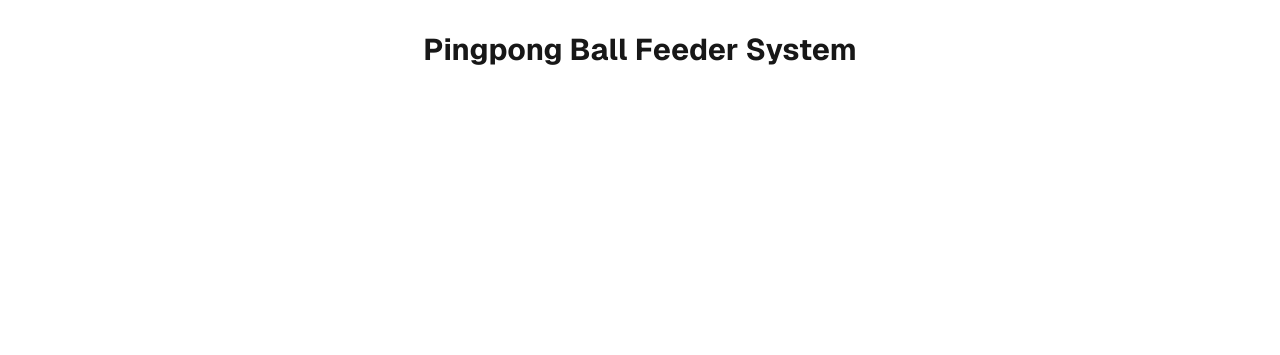
Repository: agurkmedia/pingypongy
Page: /
An editor plug-in stored every save of this project. The page is shown before and after the next save, followed by the edit.
The browser window is 1280 px wide. The pictures show the whole page.
The page's requests for data from a server got no answer. The project was rebuilt for these pictures with package versions that can differ from the ones it lists, and the page was loaded fresh each time. The framework's server and built-in components were replaced by stand-ins that run in the browser. No one was signed in, and anything a server would have sent is missing. Also part of the build but not shown: next.config.mjs.

Above is the page before, as saved 2024-09-20 10:40:19.

### app/page.tsx
import Image from "next/image";

export default function Home() {
  return (
    <div className="min-h-screen p-8 font-[family-name:var(--font-geist-sans)]">
      <main className="flex flex-col gap-8 items-center">
        <h1 className="text-3xl font-bold">Pingpong Ball Feeder System</h1>
        {/* We'll add more components here later */}
      </main>
    </div>
  );
}

### app/services/api.ts
const API_URL = 'http://localhost:8000';

export async function trackBalls() {
  const response = await fetch(`${API_URL}/track-balls`);
  if (!response.ok) {
    throw new Error('Failed to track balls');
  }
  return response.json();
}

Loaded but not shown: app/layout.tsx (common file); app/globals.css (common file); tailwind.config.ts (common file)

After the next save:
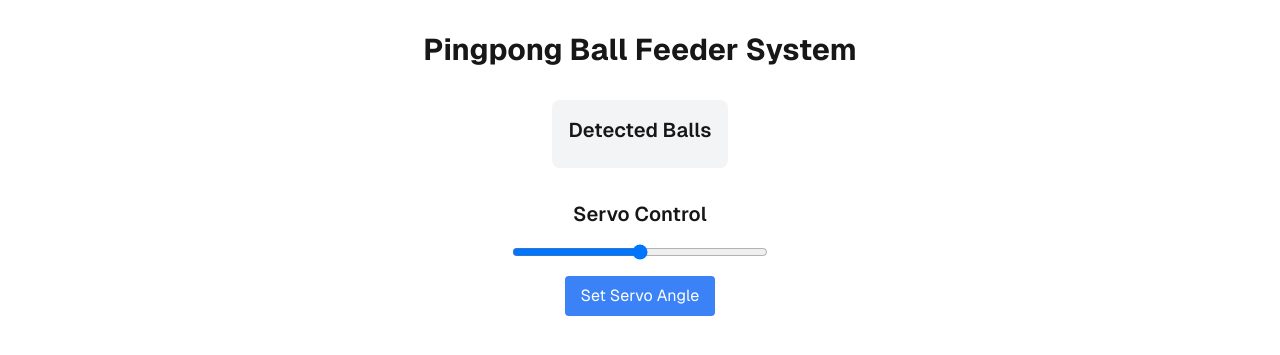
Saved 94 s later.
--- a/app/page.tsx
+++ b/app/page.tsx
@@ -1,11 +1,61 @@
-import Image from "next/image";
+'use client'
+import { useState, useEffect } from 'react';
+import { trackBalls, controlServo } from './services/api';
 
 export default function Home() {
+  const [balls, setBalls] = useState([]);
+  const [servoAngle, setServoAngle] = useState(90);
+
+  useEffect(() => {
+    const interval = setInterval(async () => {
+      try {
+        const data = await trackBalls();
+        setBalls(data.balls);
+      } catch (error) {
+        console.error('Failed to track balls:', error);
+      }
+    }, 1000);
+
+    return () => clearInterval(interval);
+  }, []);
+
+  const handleServoControl = async () => {
+    try {
+      await controlServo(servoAngle);
+    } catch (error) {
+      console.error('Failed to control servo:', error);
+    }
+  };
+
   return (
     <div className="min-h-screen p-8 font-[family-name:var(--font-geist-sans)]">
       <main className="flex flex-col gap-8 items-center">
         <h1 className="text-3xl font-bold">Pingpong Ball Feeder System</h1>
-        {/* We'll add more components here later */}
+        <div className="bg-gray-100 p-4 rounded-lg">
+          <h2 className="text-xl font-semibold mb-2">Detected Balls</h2>
+          <ul>
+            {balls.map((ball, index) => (
+              <li key={index}>Ball at x: {ball.x}, y: {ball.y}</li>
+            ))}
+          </ul>
+        </div>
+        <div className="flex flex-col items-center gap-4">
+          <h2 className="text-xl font-semibold">Servo Control</h2>
+          <input
+            type="range"
+            min="0"
+            max="180"
+            value={servoAngle}
+            onChange={(e) => setServoAngle(parseInt(e.target.value))}
+            className="w-64"
+          />
+          <button
+            onClick={handleServoControl}
+            className="bg-blue-500 text-white px-4 py-2 rounded hover:bg-blue-600"
+          >
+            Set Servo Angle
+          </button>
+        </div>
       </main>
     </div>
   );
--- a/app/services/api.ts
+++ b/app/services/api.ts
@@ -7,3 +7,17 @@ export async function trackBalls() {
   }
   return response.json();
 }
+
+export async function controlServo(angle: number) {
+  const response = await fetch(`${API_URL}/control-servo`, {
+    method: 'POST',
+    headers: {
+      'Content-Type': 'application/json',
+    },
+    body: JSON.stringify({ angle }),
+  });
+  if (!response.ok) {
+    throw new Error('Failed to control servo');
+  }
+  return response.json();
+}
